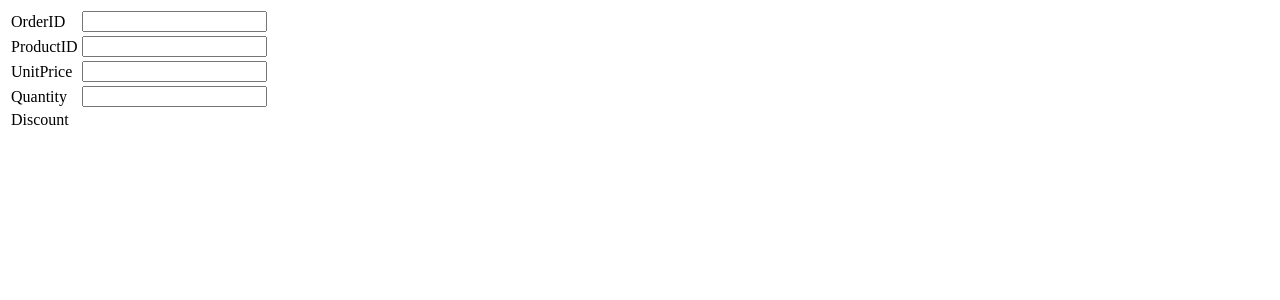
Repository: kaza1509/PRJ301
Page: SE1613/web/addOrderDetail.html
An editor plug-in stored every save of this project. The page is shown before and after the next save, followed by the edit.
The browser window is 1280 px wide. The pictures show the whole page.

Above is the page before, as saved 2022-01-20 00:48:51.

### SE1613/web/addOrderDetail.html
<!DOCTYPE html>
<html lang="en">
    <head>
        <meta charset="UTF-8">
        <meta http-equiv="X-UA-Compatible" content="IE=edge">
        <meta name="viewport" content="width=device-width, initial-scale=1.0">
        <title>Document</title>
    </head>
    <body>
        <form action="" method="post">
            <table>
                <tr>
                    <td>OrderID</td>
                    <td>
                        <input type="number" name="orderId">
                    </td>
                </tr>
                <tr>
                    <td>ProductID</td>
                    <td>
                        <input type="number" name="productId">
                    </td>
                </tr>
                <tr>
                    <td>UnitPrice</td>
                    <td>
                        <input type="number" name="unitPrice" step="0.1">
                    </td>
                </tr>
                <tr>
                    <td>Quantity</td>
                    <td>
                        <input type="number" name="quantity">
                    </td>
                </tr>
                <tr>
                    <td>Discount</td>
                    <td></td>
                </tr>
            </table>
        </form>
    </body>
</html>

After the next save:
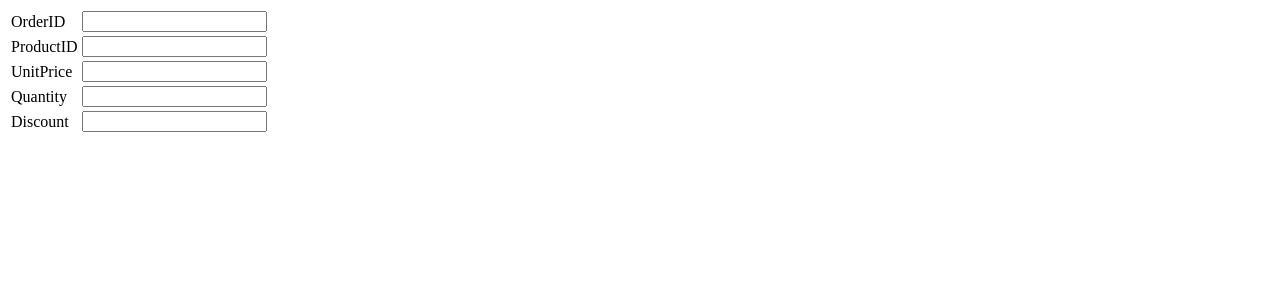
Saved 11 s later.
--- a/SE1613/web/addOrderDetail.html
+++ b/SE1613/web/addOrderDetail.html
@@ -35,7 +35,9 @@
                 </tr>
                 <tr>
                     <td>Discount</td>
-                    <td></td>
+                    <td>
+                        <input type="number" name="unitPrice" step="0.1">
+                    </td>
                 </tr>
             </table>
         </form>
